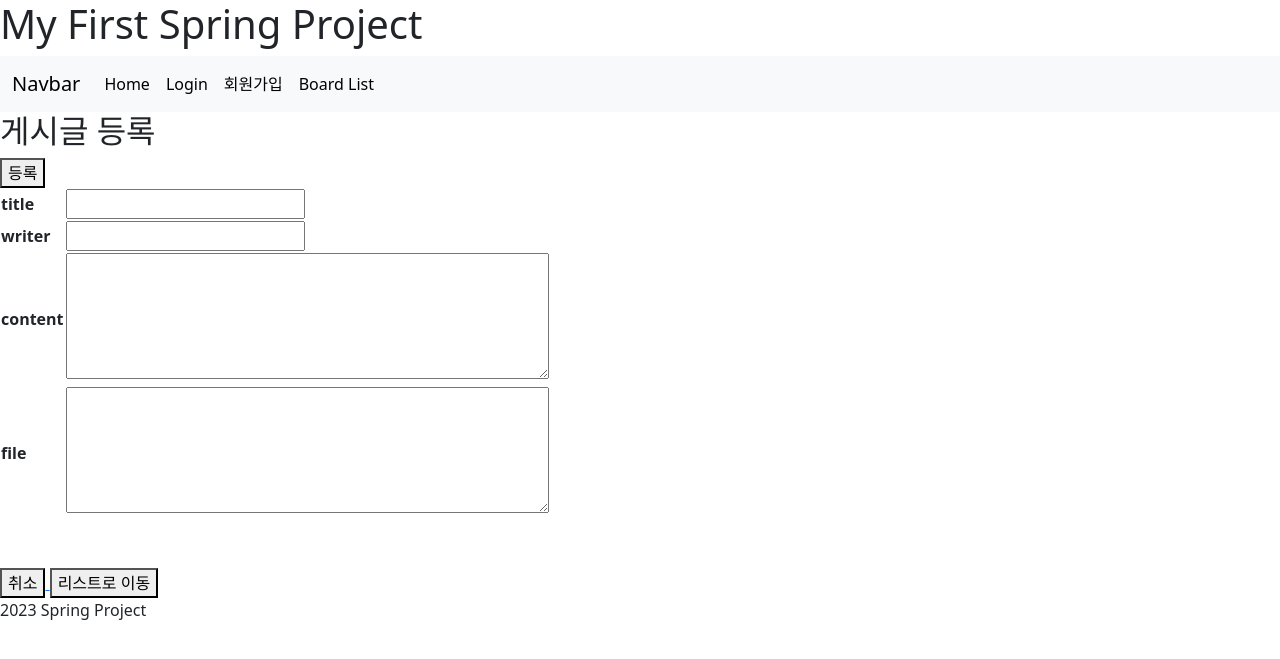
Repository: HongSeungBo/secondspring
Page: http://localhost/spring_test/WEB-INF/views/board/register.jsp
An editor plug-in stored every save of this project. The page is shown before and after the next save, followed by the edit.
The browser window is 1280 px wide. The pictures show the whole page.
The page is served by Tomcat 9. Nobody is signed in. Other server files are loaded and not shown. The template is opened directly, without the code that normally fills it, so the values that code supplies are empty.

Above is the page before, as saved 2023-10-12 07:52:14.

### spring test/src/main/webapp/WEB-INF/views/board/register.jsp
<%@ page language="java" contentType="text/html; charset=UTF-8"
    pageEncoding="UTF-8"%>
   <%@ taglib uri="http://java.sun.com/jsp/jstl/core" prefix="c" %>
<!DOCTYPE html>
<html>
<head>
<meta charset="UTF-8">
<title>Insert title here</title>
</head>
<body>
	<jsp:include page="../layout/header.jsp"></jsp:include>
	<h2>게시글 등록</h2>
	<!-- mapping 상태는 get / post가 별도의 mapping을 가짐 -->
	<form action="/board/register" method="post">
		<table>
			<tr>
				<th>title</th>
				<td>
					<input type="text" name="title">
				</td>
			</tr>
			<tr>
				<th>writer</th>
				<td>
					<input type="text" name="writer" value="${ses.id }" readonly="readonly">
				</td>
			</tr>
			<tr>
				<th>content</th>
				<td>
					<textarea rows="5" cols="50" name="content"></textarea>
				</td>
			</tr>
			<tr>
				<th>file</th>
				<td>
					<textarea rows="5" cols="50" name="content"></textarea>
				</td>
			</tr>
			<button type="submit">등록</button>
		</table>
	</form>
	<br><br>
	<a href="/">
		<button type="button">취소</button>
	</a>
	<a href="/board/list">
		<button type="button">리스트로 이동</button>
	</a>

	<jsp:include page="../layout/footer.jsp"></jsp:include>
</body>
</html>

### spring test/src/main/webapp/WEB-INF/views/layout/header.jsp
<%@ page language="java" contentType="text/html; charset=UTF-8"
    pageEncoding="UTF-8"%>
    <%@ taglib prefix="c" uri="http://java.sun.com/jsp/jstl/core" %>
<!DOCTYPE html>
<html>
<head>
<meta charset="UTF-8">
<title>Insert title here</title>
<link href="https://cdn.jsdelivr.net/npm/bootstrap@5.3.1/dist/css/bootstrap.min.css" rel="stylesheet"
integrity="sha384-4bw+/aepP/YC94hEpVNVgiZdgIC5+VKNBQNGCHeKRQN+PtmoHDEXuppvnDJzQIu9" crossorigin="anonymous">
<script src="https://cdn.jsdelivr.net/npm/bootstrap@5.3.1/dist/js/bootstrap.bundle.min.js"
integrity="sha384-HwwvtgBNo3bZJJLYd8oVXjrBZt8cqVSpeBNS5n7C8IVInixGAoxmnlMuBnhbgrkm" crossorigin="anonymous"></script>
</head>
<body>
<h1> My First Spring Project </h1>
<nav class="navbar navbar-expand-lg bg-body-tertiary">
  <div class="container-fluid">
    <a class="navbar-brand" href="#">Navbar</a>
    <button class="navbar-toggler" type="button" data-bs-toggle="collapse" data-bs-target="#navbarSupportedContent" aria-controls="navbarSupportedContent" aria-expanded="false" aria-label="Toggle navigation">
      <span class="navbar-toggler-icon"></span>
    </button>
    <div class="collapse navbar-collapse" id="navbarSupportedContent">
      <ul class="navbar-nav me-auto mb-2 mb-lg-0">
        <li class="nav-item">
          <a class="nav-link active" aria-current="page" href="/">Home</a>
        </li>
        <c:if test="${ses.id eq null }">
	        <li class="nav-item">
	          <a class="nav-link active" aria-current="page" href="/member/login">Login</a>
	        </li>
        </c:if>
        <c:if test="${ses.id ne null }">
	        <li class="nav-item">
	          <a class="nav-link active" aria-current="page" href="logout">Logout</a>
	        </li>
        </c:if>
        <li class="nav-item">
          <a class="nav-link active" aria-current="page" href="/member/signUp">회원가입</a>
        </li>
        <c:if test="${ses.id ne null }">
	        <li class="nav-item">
	          <a class="nav-link active" aria-current="page" href="/board/register">REG</a>
	        </li>
        </c:if>
        <c:if test="${ses.id ne null }">
	        <li class="nav-item">
	          <a class="nav-link active" aria-current="page" href="/member/modify">회원정보 수정</a>
	        </li>
        </c:if>
        <li class="nav-item">
          <a class="nav-link active" aria-current="page" href="/board/list">Board List</a>
        </li>
        <!-- <li class="nav-item">
          <a class="nav-link" href="#">Link</a>
        </li>
        <li class="nav-item dropdown">
          <a class="nav-link dropdown-toggle" href="#" role="button" data-bs-toggle="dropdown" aria-expanded="false">
            Dropdown
          </a>
          <ul class="dropdown-menu">
            <li><a class="dropdown-item" href="#">Action</a></li>
            <li><a class="dropdown-item" href="#">Another action</a></li>
            <li><hr class="dropdown-divider"></li>
            <li><a class="dropdown-item" href="#">Something else here</a></li>
          </ul>
        </li>
        <li class="nav-item">
          <a class="nav-link disabled" aria-disabled="true">Disabled</a>
        </li>
      </ul>
      <form class="d-flex" role="search">
        <input class="form-control me-2" type="search" placeholder="Search" aria-label="Search">
        <button class="btn btn-outline-success" type="submit">Search</button> -->
      </form>
    </div>
  </div>
</nav>

### spring test/src/main/webapp/WEB-INF/views/layout/footer.jsp
<%@ page language="java" contentType="text/html; charset=UTF-8"
    pageEncoding="UTF-8"%>
<!DOCTYPE html>
<html>
<head>
<meta charset="UTF-8">
<title>Insert title here</title>
</head>
<body>
<div> 2023 Spring Project </div>
</body>
</html>

After the next save:
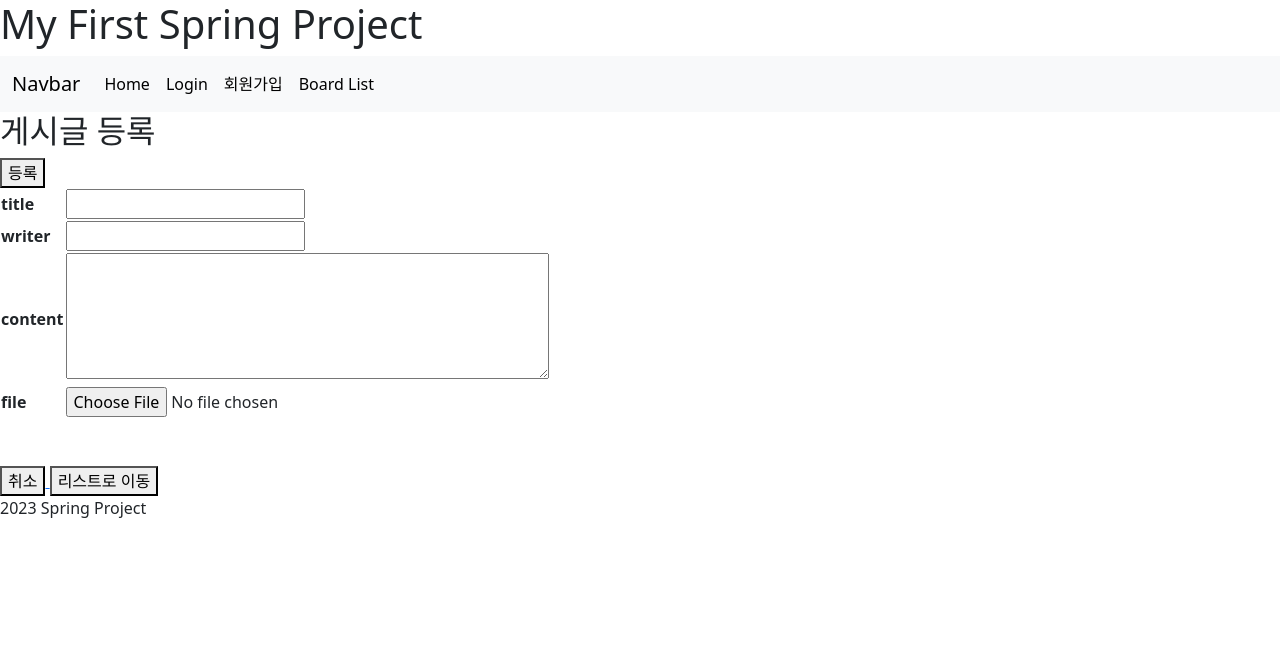
Saved 19 s later.
--- a/spring test/src/main/webapp/WEB-INF/views/board/register.jsp
+++ b/spring test/src/main/webapp/WEB-INF/views/board/register.jsp
@@ -34,7 +34,7 @@
 			<tr>
 				<th>file</th>
 				<td>
-					<textarea rows="5" cols="50" name="content"></textarea>
+					<input type="file" id="file">
 				</td>
 			</tr>
 			<button type="submit">등록</button>
